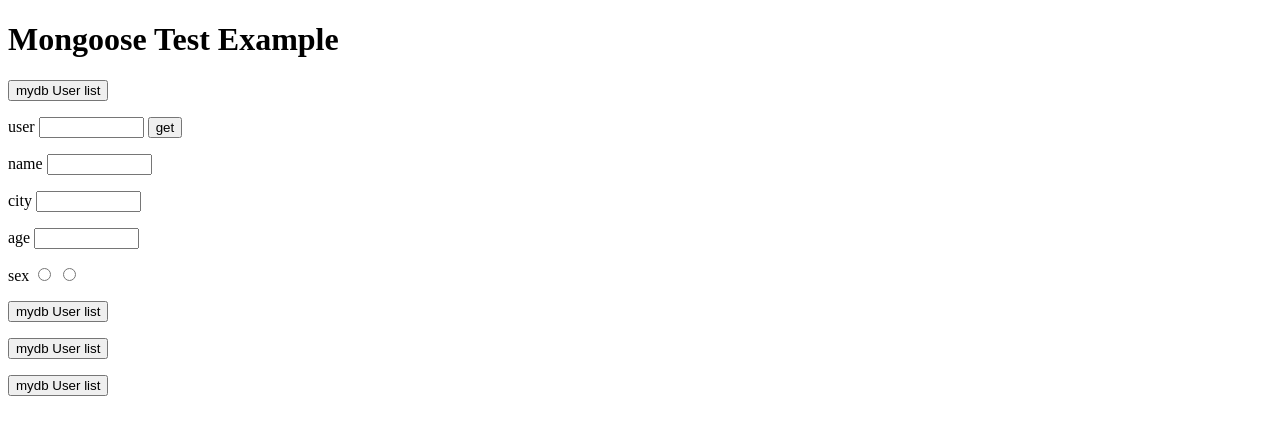
Repository: pys5205/anew
Page: node/mongos/views/index.html
The author's editor kept a record of every edit. The page is drawn from the files as they stood at one moment, then again after the next edit.
The browser window is 1280 px wide. The pictures show the whole page.

Above is the page before.

### node/mongos/views/index.html
<!DOCTYPE html>
<html>
    <head>
        <meta charset="utf-8">
        <title>Mongoose Module</title>
    </head>
    <body>
        <h1>Mongoose Test Example</h1>
        <form method='post' action=/insert name="mongoform">
            <input type="button" value="mydb User list" onclick='location.href="/list"'><p>
            user <input type='text' size='10' name='userid'>
            <input type="button" value="get" onclick='location.href="/get?input="+document.mongoform.userid.value'><p>
            name <input type='text' size='10' name='name'><p>
            city <input type='text' size='10' name='city'><p>
            age <input type='text' size='10' name='age'><p>
            sex <input type='radio' name='sex' value='male'>
                <input type='radio' name='sex' value='female'><p>
            <input type="button" value="mydb User list" onclick='location.href="/list"'><p>
            <input type="button" value="mydb User list" onclick='location.href="/list"'><p>
            <input type="button" value="mydb User list" onclick='location.href="/list"'><p>


        </form>
    </body>
</html>

After the next edit:
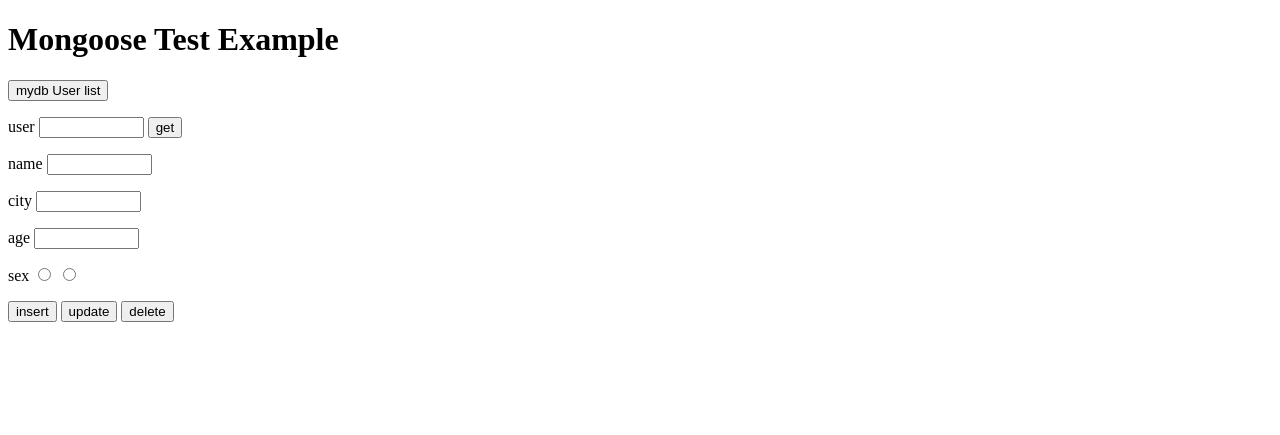
The edit:
--- a/node/mongos/views/index.html
+++ b/node/mongos/views/index.html
@@ -15,11 +15,9 @@
             age <input type='text' size='10' name='age'><p>
             sex <input type='radio' name='sex' value='male'>
                 <input type='radio' name='sex' value='female'><p>
-            <input type="button" value="mydb User list" onclick='location.href="/list"'><p>
-            <input type="button" value="mydb User list" onclick='location.href="/list"'><p>
-            <input type="button" value="mydb User list" onclick='location.href="/list"'><p>
-
-
+            <input type="submit" value="insert" onclick='this.form.action="/insert"'>
+            <input type="submit" value="update" onclick='this.form.action="/update"'>
+            <input type="submit" value="delete" onclick='this.form.action="/delete"'>
         </form>
     </body>
 </html>
